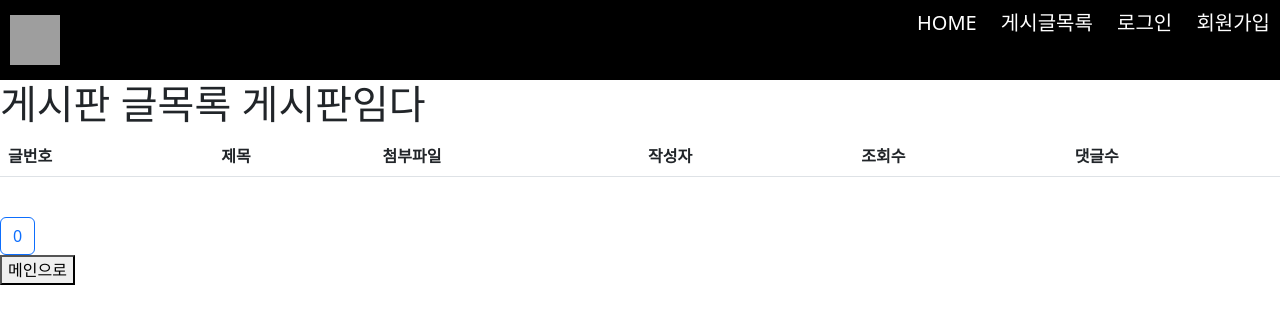
Repository: WoodongMaster/Spring
Page: http://localhost/spring/WEB-INF/views/board/list.jsp
These files come from the project's save history. The page is drawn as it stood at one moment and after the next save; the edit follows.
The browser window is 1280 px wide. The pictures show the whole page.
Pictures or frames that could not be fetched are drawn as grey boxes. The page is served by Tomcat 9. Nobody is signed in. Other server files are loaded and not shown. The template is opened directly, without the code that normally fills it, so the values that code supplies are empty.

Above is the page before, as saved 2023-06-19 01:28:45.

### _spring_project1/spring/src/main/webapp/WEB-INF/views/board/list.jsp
<%@ page language="java" contentType="text/html; charset=UTF-8"
	pageEncoding="UTF-8"%>
<%@ taglib uri="http://java.sun.com/jsp/jstl/core" prefix="c"%>
<!-- CSS only -->
<!DOCTYPE html>
<html>
<head>
<meta charset="UTF-8">
<title>board list page</title>
</head>
<body>
	<jsp:include page="../layout/header.jsp"></jsp:include>
	<h1>게시판 글목록 게시판임다</h1>

	<table class="table">
		<thead>
			<tr>
				<th scope="col">글번호</th>
				<th scope="col">제목</th>
				<th scope="col">첨부파일</th>
				<th scope="col">작성자</th>
				<th scope="col">조회수</th>
				<th scope="col">댓글수</th>
			</tr>
		</thead>
		<tbody>
		<c:forEach items="${list }" var="b">
			<tr>
				<td >${b.bno }</td>
				<td><a href="/board/post?bno=${b.bno}">${b.title }</a></td>
				<td>${b.file_cnt }</td>
				<td>${b.writer }</td>
				<td>${b.read_count }</td>
				<td>${b.comment_cnt }</td>
			</tr>
		</c:forEach>
		</tbody>
	</table><br>
			<%-- 이전페이지 버튼 --%>
		<c:if test="${pgh.prev}">
			<a href="/board/list?pageNo=${pgh.startPage-1}&qty=${pgh.pgvo.qty}">
			<button type="button" class="btn btn-outline-primary">◀</button></a>
		</c:if>

		<c:forEach begin="${pgh.startPage}" end="${pgh.endPage}"
			var="destPageNum">
			<a href="/board/list?pageNo=${destPageNum}&qty=${pgh.pgvo.qty}">
			<button type="button" class="btn btn-outline-primary">${destPageNum }</button></a>
		</c:forEach>

		<%-- 다음페이지 버튼 --%>
		<c:if test="${pgh.next}">
			<a	href="/board/list?pageNo=${pgh.endPage+1}&qty=${pgh.pgvo.qty}">
			<button type="button" class="btn btn-outline-primary">▶</button></a>
		</c:if>
	<br>
	<a href="home"><button type="button">메인으로</button></a>
	<script type="text/javascript">
const msg_modify = `<c:out value="${msg_modify}"/>`;
const msg_delete = `<c:out value="${msg_delete}"/>`;

if(msg_modify=='1'){
	alert("게시글 수정 완료");
}
if(msg_delete=='1'){
	alert("삭제 완료");
}
</script>
</body>
</html>

### _spring_project1/spring/src/main/webapp/WEB-INF/views/layout/header.jsp
<%@ page language="java" contentType="text/html; charset=UTF-8"
    pageEncoding="UTF-8"%>
    <%@ taglib uri="http://java.sun.com/jsp/jstl/core" prefix="c" %>
<!DOCTYPE html>
<html>
<head>
    <link rel="stylesheet" href="/resources/css/header.css?after">
<meta charset="UTF-8">
<title>Header Page</title>
<!-- CSS only -->
<link href="https://cdn.jsdelivr.net/npm/bootstrap@5.2.3/dist/css/bootstrap.min.css" rel="stylesheet" integrity="sha384-rbsA2VBKQhggwzxH7pPCaAqO46MgnOM80zW1RWuH61DGLwZJEdK2Kadq2F9CUG65" crossorigin="anonymous">
<!-- JavaScript Bundle with Popper -->
<script src="https://cdn.jsdelivr.net/npm/bootstrap@5.2.3/dist/js/bootstrap.bundle.min.js" integrity="sha384-kenU1KFdBIe4zVF0s0G1M5b4hcpxyD9F7jL+jjXkk+Q2h455rYXK/7HAuoJl+0I4" crossorigin="anonymous"></script>
</head>
<body>
<div id="topdiv">
<div class="logo"><a href="/"><img alt="없음" src="https://cdn-asia.heykorean.com/community/uploads/images/2022/06/1654060921.jpg"
style="width:50px;height:50px"></a></div>
    <nav class="navbar">
        <ul>
            <li><a href="/" class="navitems">HOME</a></li>
            <li><a href="/board/list" class="navitems">게시글목록</a></li>
			<c:if test="${ses.id eq null }">
			<li><a href="/user/login" class="navitems">로그인</a></li>
			<li><a href="/user/signup" class="navitems">회원가입</a></li>
			</c:if>

        </ul>
    </nav>
</div>
</body>
</html>

### _spring_project1/spring/src/main/webapp/resources/css/header.css
@charset "UTF-8";

#topdiv{
	width : 100%;
	height : 80px;
	background-color: black;
	position: sticky;
	top: 0;
}
.navbar{
	float:right;
	font:white;
	position: relative;
}
.navbar ul li{
	display:inline-block;

}

.logo img{
	position: absolute;
	left:10px;
	top:15px;
	width: 80px;
	height: 80px;
}

.navitems{
	text-decoration: none;
	color:white;
	margin-left:10px;
	margin-right:10px;
	font-weight: 500px;
	font-size:20px;
}

After the next save:
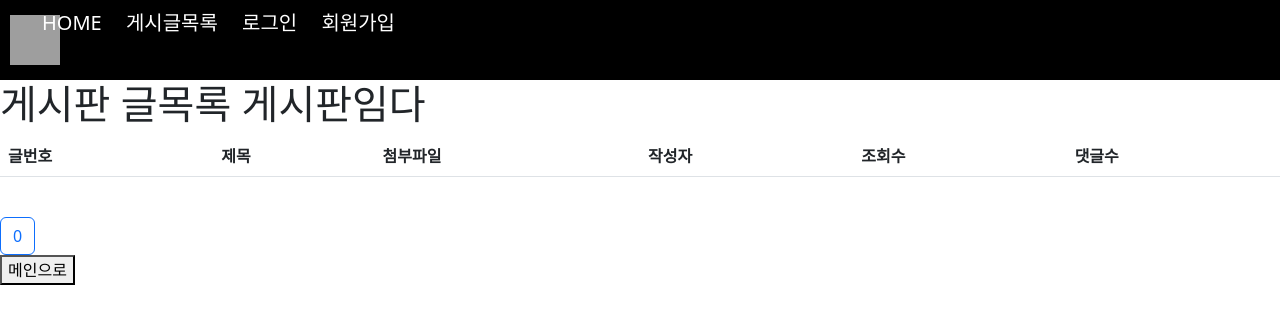
Saved 49 s later.
--- a/_spring_project1/spring/src/main/webapp/resources/css/header.css
+++ b/_spring_project1/spring/src/main/webapp/resources/css/header.css
@@ -5,10 +5,10 @@
 	height : 80px;
 	background-color: black;
 	position: sticky;
+	float:right;
 	top: 0;
 }
 .navbar{
-	float:right;
 	font:white;
 	position: relative;
 }

After the 5 saves that followed:
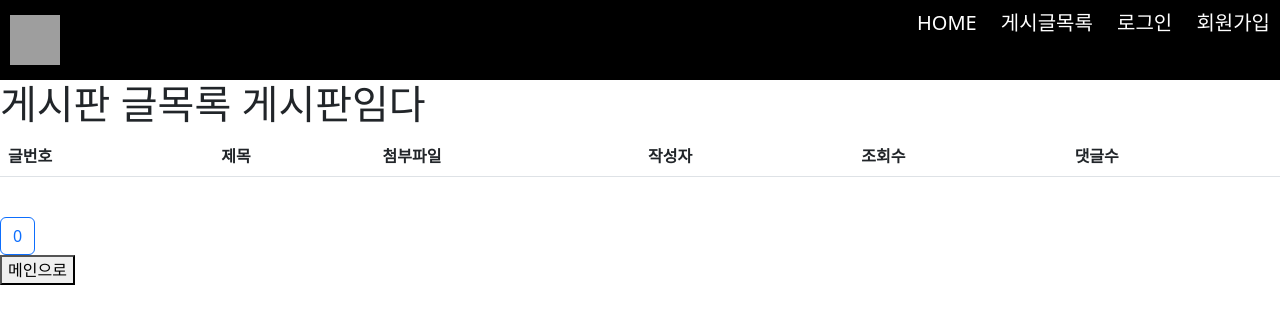
The 5 saves are shown as one change because 3 left the picture as it was and some came seconds apart.
The last was saved 75 s later.
--- a/_spring_project1/spring/src/main/webapp/resources/css/header.css
+++ b/_spring_project1/spring/src/main/webapp/resources/css/header.css
@@ -5,12 +5,13 @@
 	height : 80px;
 	background-color: black;
 	position: sticky;
-	float:right;
 	top: 0;
+	position: relative;
 }
 .navbar{
-	font:white;
-	position: relative;
+	float:right;
+
+
 }
 .navbar ul li{
 	display:inline-block;
